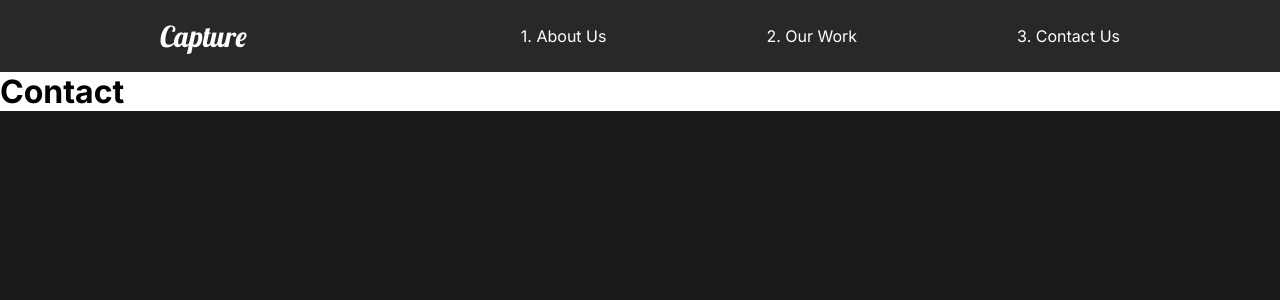
Repository: programmingwithlevi/capture
Page: /contact
An editor plug-in stored every save of this project. The page is shown before and after the next save, followed by the edit.
The browser window is 1280 px wide. The pictures show the whole page.
The project was rebuilt for these pictures with package versions that can differ from the ones it lists, and the page was loaded fresh each time. Also part of the build but not shown: src/styles.js, src/components/Wave.js, src/components/AboutSection.js, src/components/UseScroll.js, src/components/ServicesSection.js, src/components/Toggle.js, src/components/FaqSection.js, src/pages/AboutUs.js and 3 more.

Above is the page before, as saved 2021-12-11 14:29:44.

After the next save:
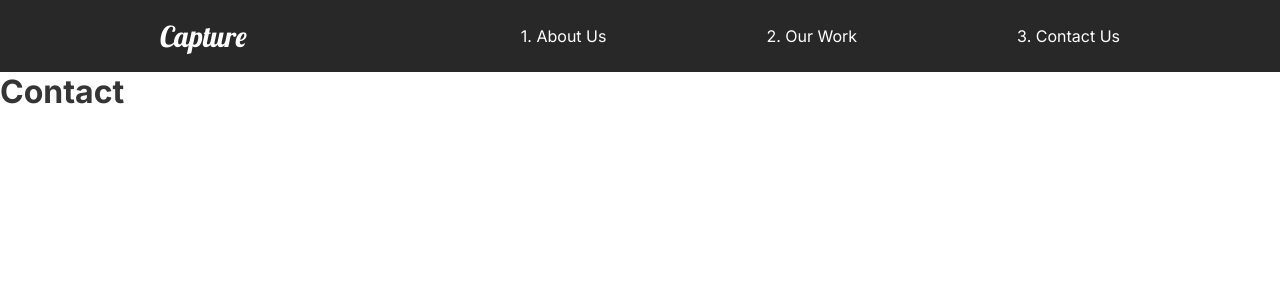
Saved 2 days later.
--- a/src/pages/ContactUs.js
+++ b/src/pages/ContactUs.js
@@ -3,18 +3,24 @@ import React from "react";
 //animation
 import {motion} from "framer-motion";
 import { pageAnimation } from "../animations";
+import styled from 'styled-components';
 
 const ContactUs = () => {
     return(
-        <motion.div exit="exit"
+        <ContactStyle exit="exit"
                     variants={pageAnimation}
                     initial="hidden"
                     animate="show"
                     style={{ background: "#FFF" }}
                 >
             <h1>Contact</h1>
-        </motion.div>
+        </ContactStyle>
     )
 }
+const ContactStyle = styled(motion.div)`
+    padding: 5rem 10 rem;
+    color: #353535;
+    min-height: 90vh;
+`
 
 export default ContactUs;
